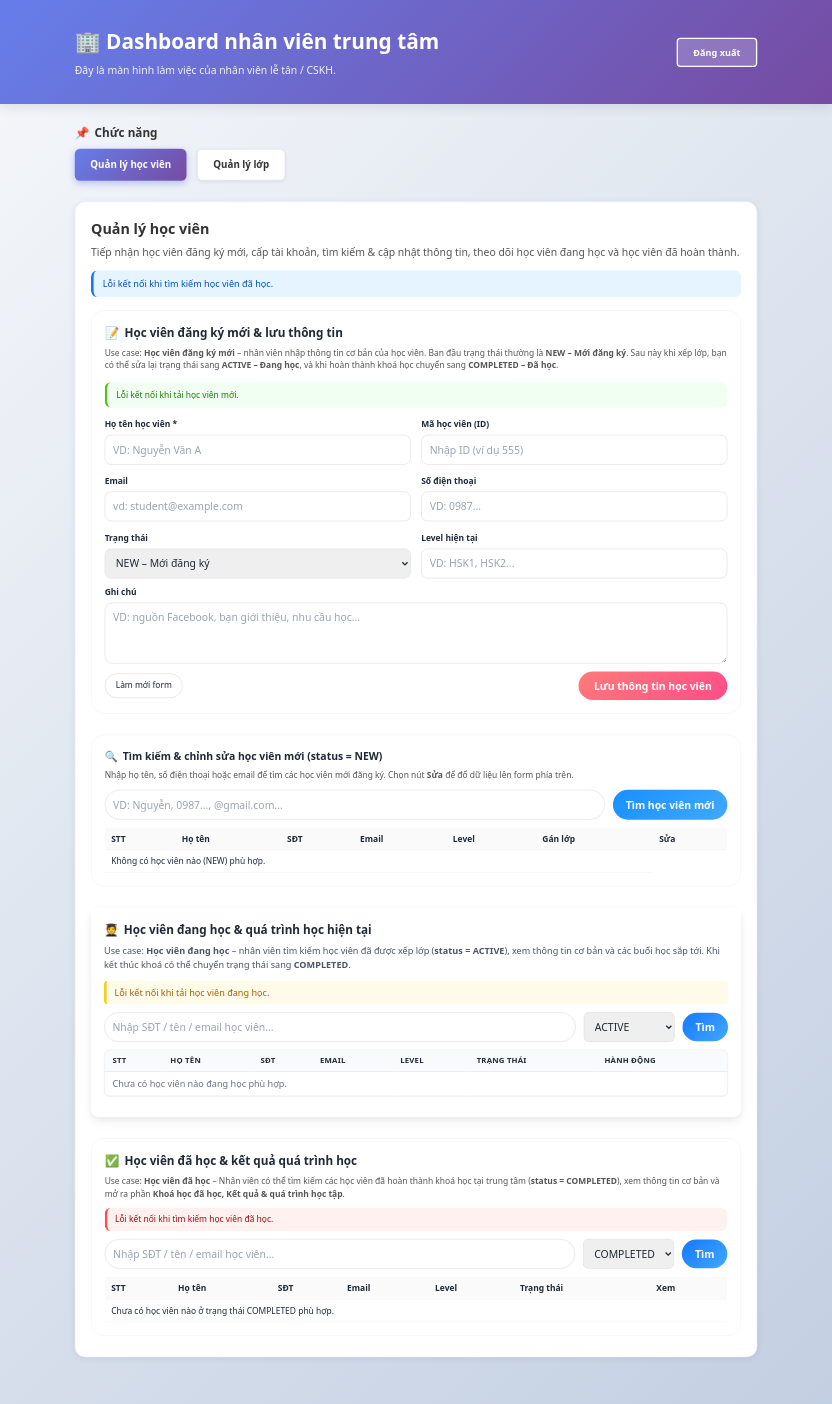
Repository: OssiaLouisVu/-N-2
Page: /staff/dashboard (app in frontend/)
These files come from the project's save history. The page is drawn as it stood at one moment and after the next save; the edit follows.
The browser window is 1280 px wide. The pictures show the whole page, at 65% of full size.
The page's requests for data from a server got no answer. The project was rebuilt for these pictures with package versions that can differ from the ones it lists, and the page was loaded fresh each time. No one was signed in, and anything a server would have sent is missing. Also part of the build but not shown: frontend/vite.config.mjs, frontend/src/pages/Login.jsx, frontend/src/pages/StudentDashboard.jsx, frontend/src/api/attendanceApi.js, frontend/src/components/attendance/AttendanceTable.jsx, frontend/src/components/attendance/AttendancePanel.jsx, frontend/src/api/mockExamApi.js, frontend/src/components/mockExam/MockExamPanel.jsx and 8 more.

Above is the page before, as saved 2025-12-01 01:23:36.

After the next save:
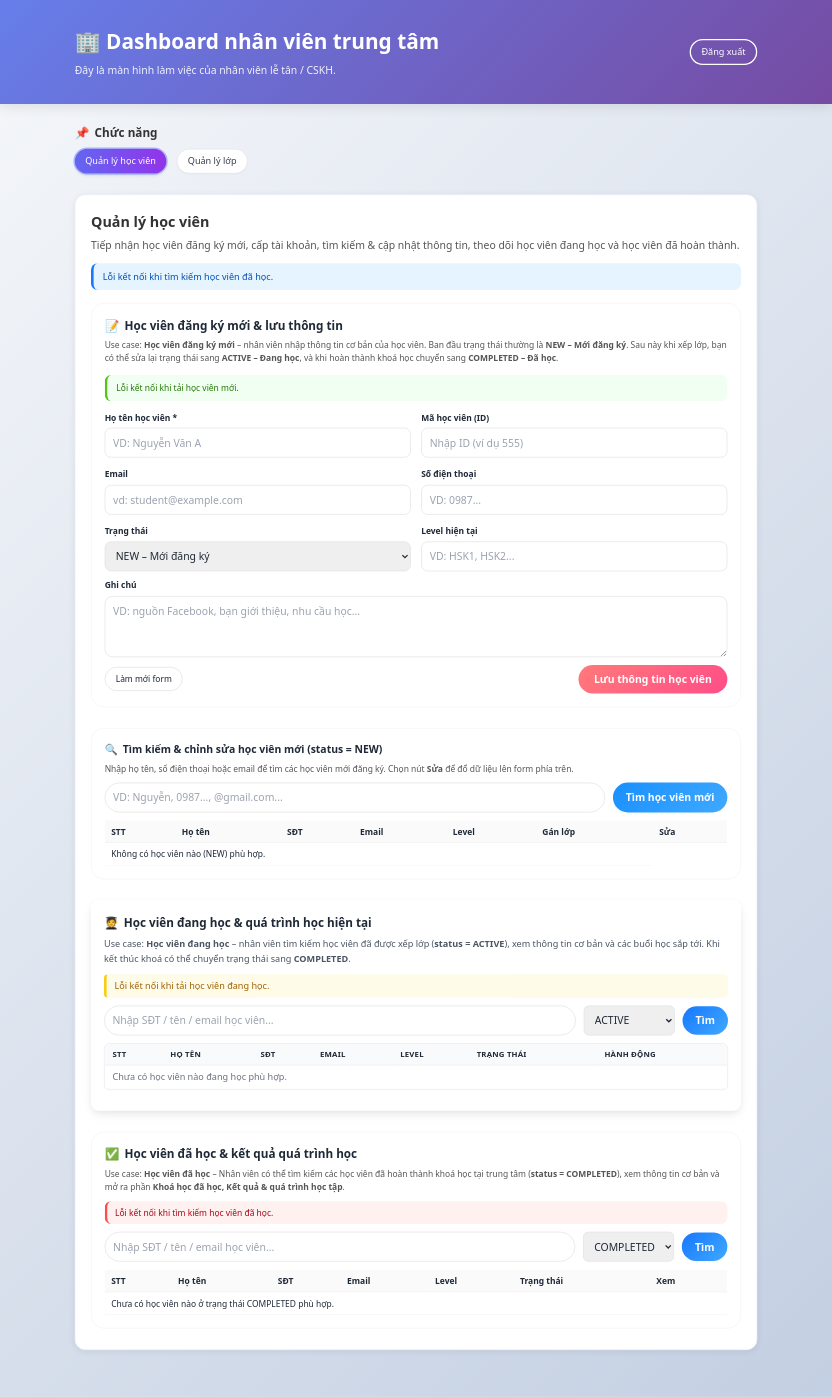
Saved 32 s later.
--- a/frontend/src/pages/StaffDashboard.jsx
+++ b/frontend/src/pages/StaffDashboard.jsx
@@ -60,18 +60,7 @@ function StaffDashboard() {
           </div>
           <button
             onClick={handleLogout}
-            style={{
-              padding: "10px 24px",
-              background: "rgba(255,255,255,0.2)",
-              color: "white",
-              border: "2px solid white",
-              borderRadius: 6,
-              cursor: "pointer",
-              fontWeight: 600,
-              fontSize: 14,
-            }}
-            onMouseOver={(e) => (e.target.style.background = "rgba(255,255,255,0.3)")}
-            onMouseOut={(e) => (e.target.style.background = "rgba(255,255,255,0.2)")}
+            className="btn-white-outline btn-pill"
           >
             Đăng xuất
           </button>
@@ -100,60 +89,20 @@ function StaffDashboard() {
               <div style={{ display: "flex", gap: 16, flexWrap: "wrap" }}>
                 <button
                   onClick={handleToggleStudentSection}
-                  style={{
-                    padding: "12px 24px",
-                    borderRadius: 8,
-                    border: "none",
-                    cursor: "pointer",
-                    fontWeight: 600,
-                    fontSize: 15,
-                    boxShadow: showStudentSection
-                      ? "0 4px 12px rgba(102,126,234,0.45)"
-                      : "0 2px 6px rgba(0,0,0,0.08)",
-                    background: showStudentSection
-                      ? "linear-gradient(135deg, #667eea 0%, #764ba2 100%)"
-                      : "#ffffff",
-                    color: showStudentSection ? "#fff" : "#333",
-                    transition: "all 0.25s",
-                    border: showStudentSection ? "none" : "1px solid #ddd",
-                  }}
-                  onMouseOver={(e) => {
-                    if (!showStudentSection) e.target.style.background = "#f0f4ff";
-                  }}
-                  onMouseOut={(e) => {
-                    if (!showStudentSection) e.target.style.background = "#ffffff";
-                  }}
-                >
-                  Quản lý học viên
-                </button>
+                  className={
+                    (showStudentSection
+                      ? "btn-gradient-primary btn-active-glow "
+                      : "btn-soft ") + "btn-pill"
+                  }
+                >Quản lý học viên</button>
                 <button
                   onClick={() => setShowClassSection((s) => !s)}
-                  style={{
-                    padding: "12px 24px",
-                    borderRadius: 8,
-                    border: "none",
-                    cursor: "pointer",
-                    fontWeight: 600,
-                    fontSize: 15,
-                    boxShadow: showClassSection
-                      ? "0 4px 12px rgba(40,167,69,0.35)"
-                      : "0 2px 6px rgba(0,0,0,0.08)",
-                    background: showClassSection
-                      ? "linear-gradient(135deg,#34d399,#059669)"
-                      : "#ffffff",
-                    color: showClassSection ? "#fff" : "#333",
-                    transition: "all 0.25s",
-                    border: showClassSection ? "none" : "1px solid #ddd",
-                  }}
-                  onMouseOver={(e) => {
-                    if (!showClassSection) e.target.style.background = "#ecfdf5";
-                  }}
-                  onMouseOut={(e) => {
-                    if (!showClassSection) e.target.style.background = "#ffffff";
-                  }}
-                >
-                  Quản lý lớp
-                </button>
+                  className={
+                    (showClassSection
+                      ? "btn-gradient-green btn-active-glow "
+                      : "btn-soft ") + "btn-pill"
+                  }
+                >Quản lý lớp</button>
               </div>
             </section>
 
